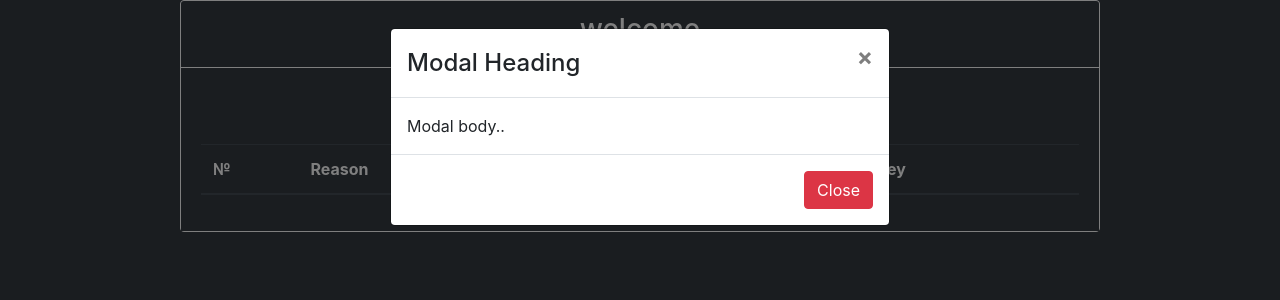
Repository: surefaceJS/allMyWorkInaliLinux
Page: hardcha/index.html
These files come from the project's save history. The page is drawn as it stood at one moment and after the next save; the edit follows.
The browser window is 1280 px wide. The pictures show the whole page.

Above is the page before, as saved 2021-04-19 12:05:16.

### hardcha/index.html
<!DOCTYPE html>
<html lang="en">

<head>
    <meta charset="UTF-8">
    <meta http-equiv="X-UA-Compatible" content="IE=edge">
    <meta name="viewport" content="width=device-width, initial-scale=1.0">
    <title>ReadyWebPage</title>
    <link rel="stylesheet" href="css/bootstrap.css">
    <link rel="stylesheet" href="fontawesome-free-5.15.2-web/css/all.min.css">
    <link rel="stylesheet" href="css/main.css">
</head>

<body class="bg-dark">


    <div class="container">



        <!-- The Modal -->
        <div class="modal" id="myModal">
            <div class="modal-dialog">
                <div class="modal-content">

                    <!-- Modal Header -->
                    <div class="modal-header">
                        <h4 class="modal-title">Modal Heading</h4>
                        <button type="button" class="close" data-dismiss="modal">&times;</button>
                    </div>

                    <!-- Modal body -->
                    <div class="modal-body">
                        Modal body..
                    </div>

                    <!-- Modal footer -->
                    <div class="modal-footer">
                        <button type="button" class="btn btn-danger" data-dismiss="modal">Close</button>
                    </div>

                </div>
            </div>
        </div>

        <div class="row">
            <div class="col-10 m-auto">
                <div class="card border-white">

                    <div class="card-header border-white bg-dark text-white text-center">
                        <h3>welcome <span id="pushName"></span> </h3>
                    </div>
                    <div class="card-body bg bg-dark">
                        <h1 class="text-danger text-center text-uppercase font-intel-bold" id="pushMonay"><span class="text-white">$</span></h1>

                        <table class="table table-dark table-hover table-striped">
                            <thead>
                                <tr>
                                    <th>№</th>
                                    <th>Reason</th>
                                    <th>Spend Money</th>
                                    <th>Type Money</th>
                                </tr>
                            </thead>
                            <tbody id="result"></tbody>
                        </table>
                    </div>

                </div>
            </div>
        </div>
    </div>

    <script src="js/jquery-3.3.1.slim.min.js"></script>
    <script src="js/popper.min.js"></script>
    <script src="js/bootstrap.js"></script>
    <script src="js/app.js"></script>
</body>

### hardcha/css/main.css
/*********************  FONTS STYLE *************************/
@font-face {
  font-family: "Inter-Bold";
  src: url("../asssets/fonts/Inter/Inter-Bold.ttf") format("truetype"); }
@font-face {
  font-family: "Inter-Regular";
  src: url("../asssets/fonts/Inter/Inter-Regular.ttf") format("truetype"); }
@font-face {
  font-family: "Inter-Light";
  src: url("../asssets/fonts/Inter/Inter-Light.ttf") format("truetype"); }
@font-face {
  font-family: "Inter-SemiBold";
  src: url("../asssets/fonts/Inter/Inter-SemiBold.ttf") format("truetype"); }
.font-intel-bold {
  font-family: "Inter-Bold", sans-serif; }

.font-intel-regular {
  font-family: "Inter-Regular", sans-serif; }

.font-intel-light {
  font-family: "Inter-Light", sans-serif; }

.font-inter-semi-bold {
  font-family: "Inter-SemiBold", sans-serif; }

/*# sourceMappingURL=main.css.map */

### hardcha/js/app.js
$(document).ready(function() {
    $('#myModal').modal('show');
});

Loaded but not shown: hardcha/css/bootstrap.css (library); hardcha/fontawesome-free-5.15.2-web/css/all.min.css (library); hardcha/js/jquery-3.3.1.slim.min.js (library); hardcha/js/popper.min.js (library); hardcha/js/bootstrap.js (library)

After the next save:
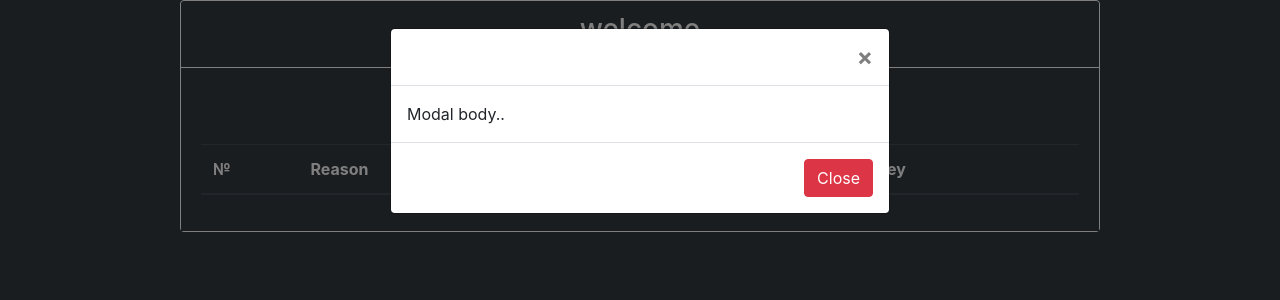
Saved 36 s later.
--- a/hardcha/index.html
+++ b/hardcha/index.html
@@ -25,7 +25,7 @@
 
                     <!-- Modal Header -->
                     <div class="modal-header">
-                        <h4 class="modal-title">Modal Heading</h4>
+                        <h4 class="modal-title"></h4>
                         <button type="button" class="close" data-dismiss="modal">&times;</button>
                     </div>
 
